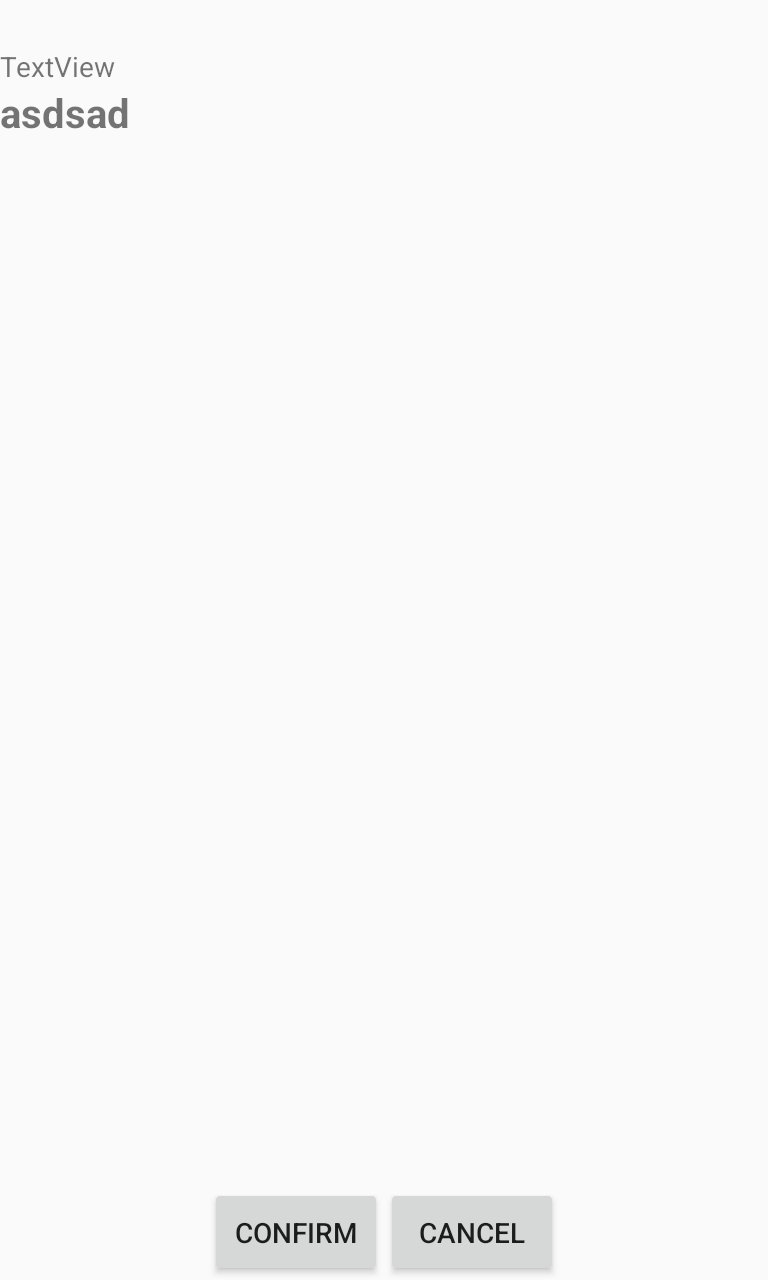
Repository: TeamZhao/Assignment-Tracker
Layout: AssignmentTracker/res/layout/activity_delete_semester_confirmation.xml
An editor plug-in stored every save of this project. The layout is shown before and after the next save, followed by the edit.
It is drawn on a 768 x 1280 px phone screen (xhdpi) without system bars, with theme AppTheme; the app's code is not run.

Above is the layout before, as saved 2014-11-15 05:53:44.

After the next save:
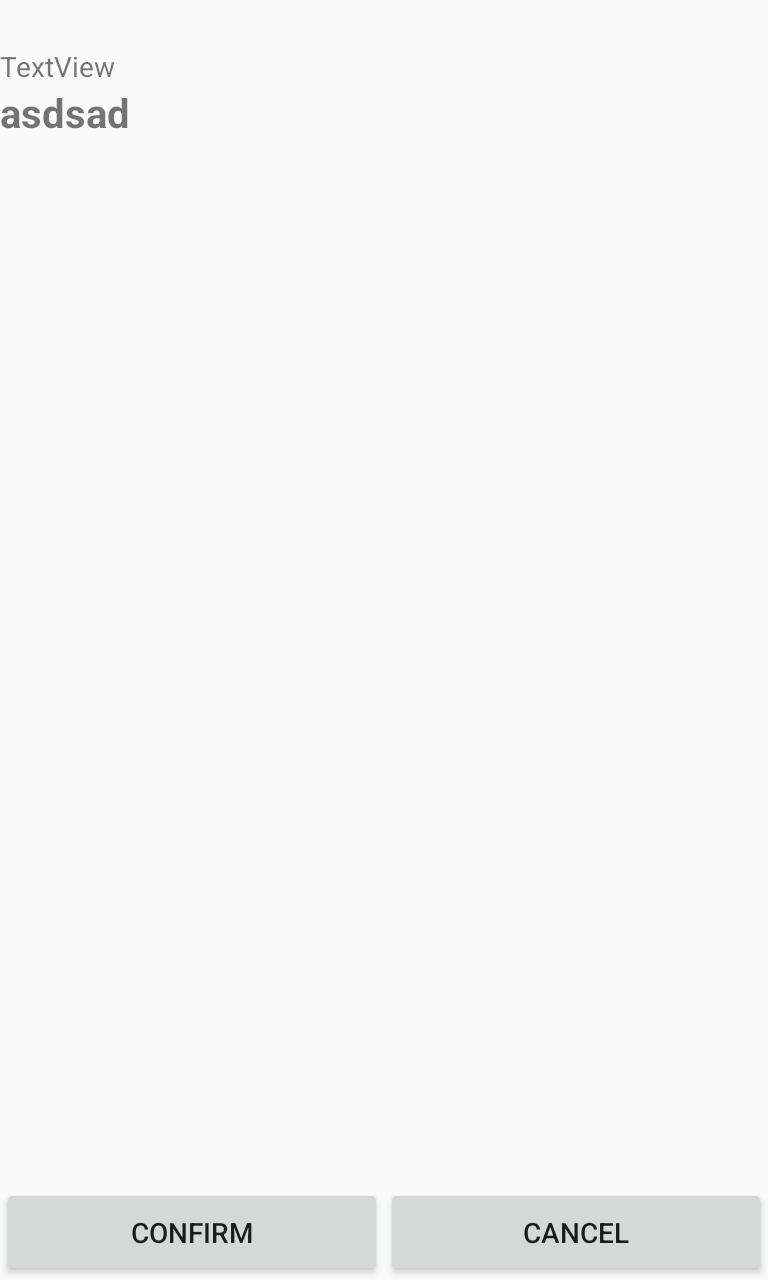
Saved 5 min 20 s later.
--- a/AssignmentTracker/res/layout/activity_delete_semester_confirmation.xml
+++ b/AssignmentTracker/res/layout/activity_delete_semester_confirmation.xml
@@ -69,13 +69,16 @@
             android:id="@+id/btn_deleteSem"
             android:layout_width="wrap_content"
             android:layout_height="wrap_content"
-            android:text="@string/confirm" />
+            android:text="@string/confirm"
+            android:layout_weight="1" />
 
         <Button
             android:id="@+id/btn_cancelDeleteSem"
             android:layout_width="wrap_content"
             android:layout_height="wrap_content"
-            android:text="@string/cancel" />
+            android:text="@string/cancel"
+            android:layout_weight="1"/>
+
     </TableRow>
 
 </TableLayout>
